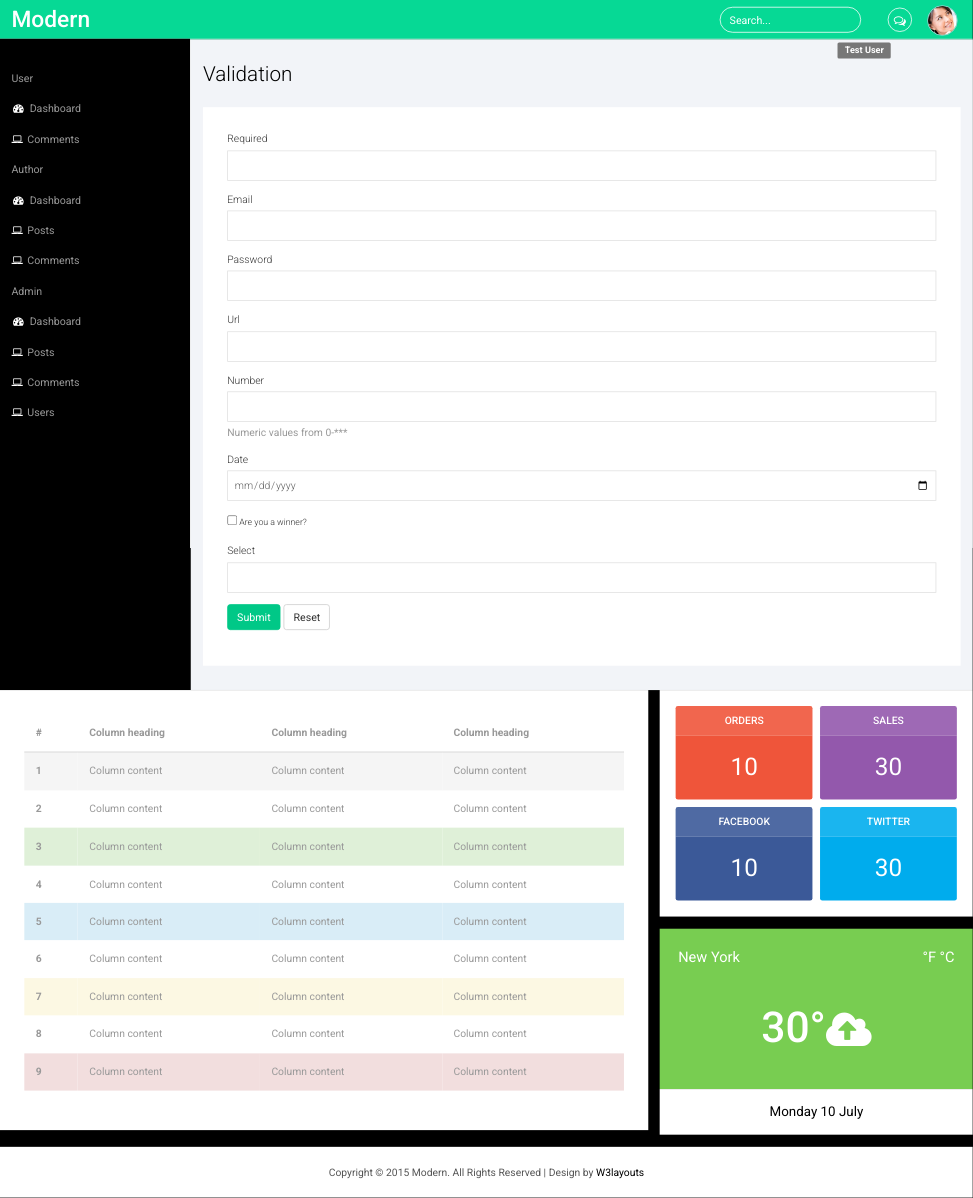
Repository: NomanMustafa/laravel-blog
Page: http://localhost/user/profile
These files come from the project's save history. The page is drawn as it stood at one moment and after the next save; the edit follows.
The browser window is 1280 px wide. The pictures show the whole page, at 76% of full size.
The page is served by the project's Laravel application, run on PHP 8.4 with Laravel 8. A made-up administrator, Test User (test@example.com), is signed in.

Above is the page before, as saved 2020-07-06 00:42:30.
Console error (its wording comes from the project's code and is left out).

After the next save:
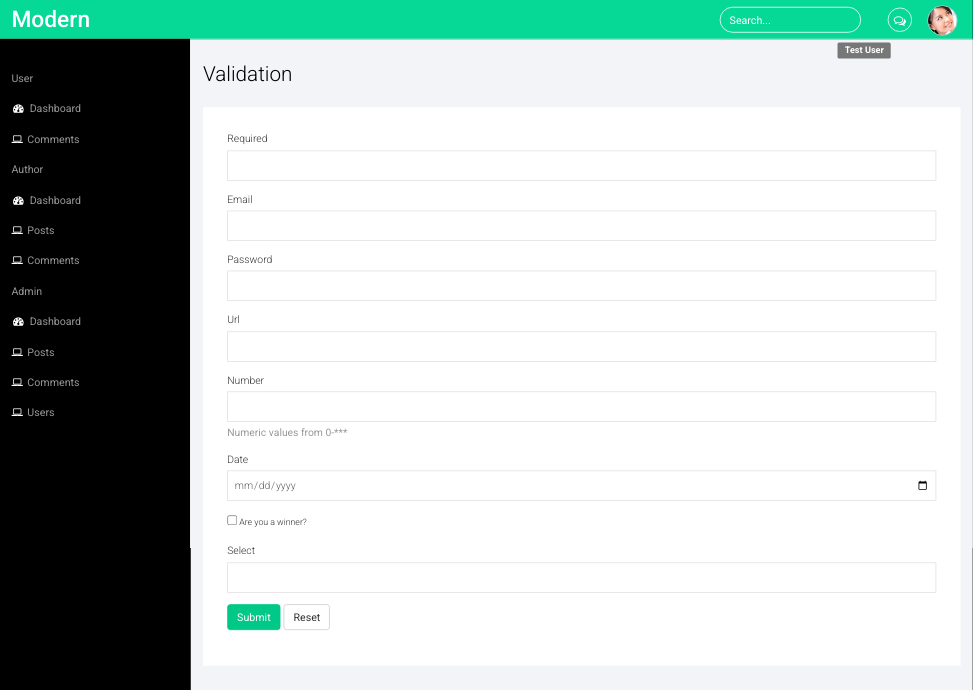
Saved 72 s later.
--- a/resources/views/layouts/admin.blade.php
+++ b/resources/views/layouts/admin.blade.php
@@ -119,7 +119,7 @@ var detail = new Rickshaw.Graph.HoverDetail({
        </div>
        <div class="clearfix"> </div>
     </div>
-    <div class="content_bottom">
+    {{-- <div class="content_bottom">
      <div class="col-md-8 span_3">
 		  <div class="bs-example1" data-example-id="contextual-table">
 		    <table class="table">
@@ -251,7 +251,7 @@ var detail = new Rickshaw.Graph.HoverDetail({
 		</div>
        </div>
       <!-- /#page-wrapper -->
-   </div>
+   </div> --}}
     <!-- /#wrapper -->
     <!-- Bootstrap Core JavaScript -->
     <script src="{{ asset('admin/assets/js/bootstrap.min.js') }}"></script>
